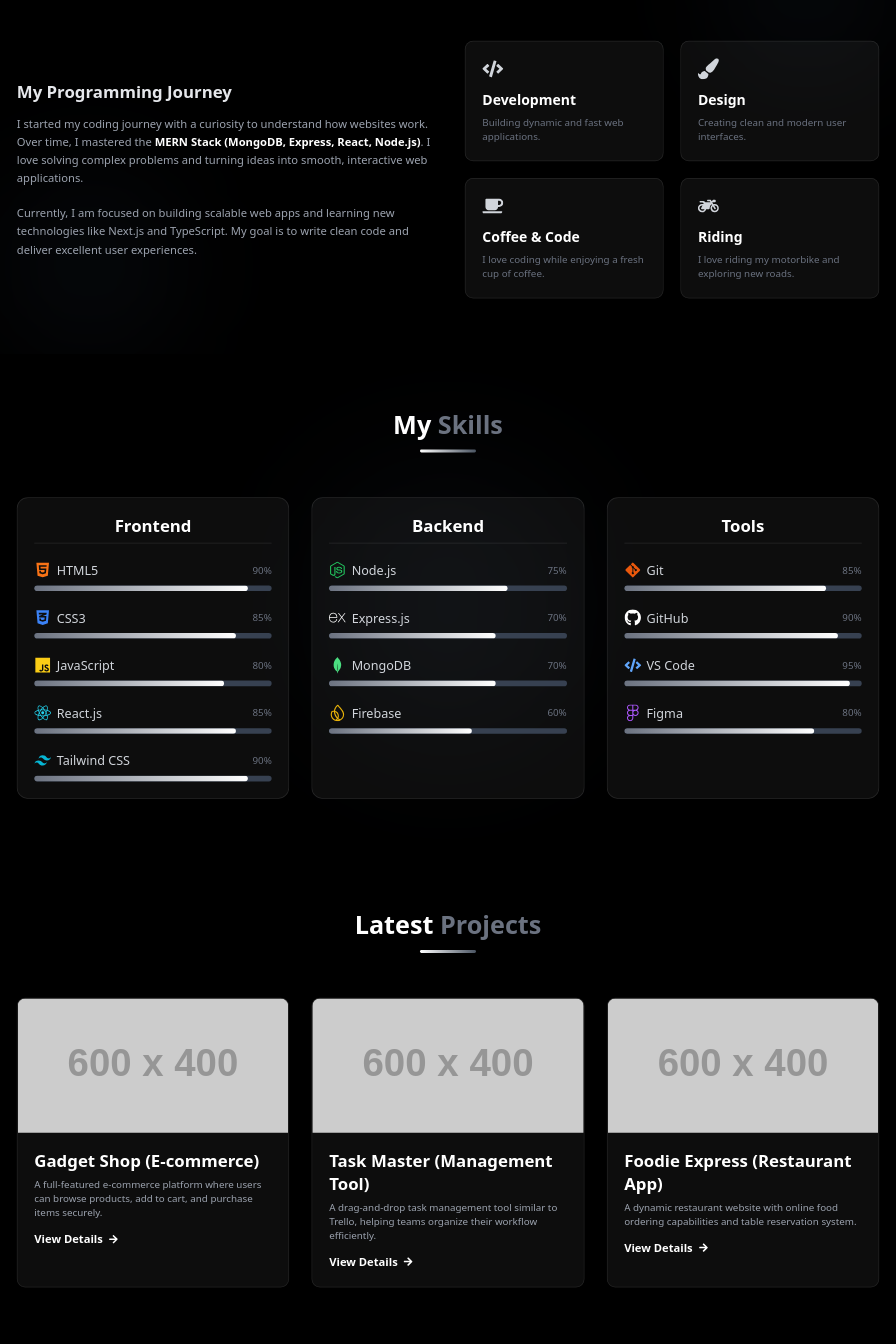
Repository: nahid-hasann/portfolio
Page: /
The author's editor kept a copy of each file at every save. The page is drawn from the files as they stood at one save, then again after the next save.
The browser window is 1280 px wide. The pictures show the part of the page from y = 865 to 2785 px (the page is 2785 px tall before and 2753 px after), at 70% of full size.
The project was rebuilt for these pictures with package versions that can differ from the ones it lists, and the page was loaded fresh each time. Also part of the build but not shown: vite.config.js, src/pages/ProjectDetails.jsx.

Above is the page before, as saved 2026-01-05 21:49:50.

### index.html
<!doctype html>
<html data-theme="light" lang="en">
  <head>
    <meta charset="UTF-8" />
    <link rel="icon" type="image/svg+xml" href="/vite.svg" />
    <meta name="viewport" content="width=device-width, initial-scale=1.0" />
    <title>my-portfolio</title>
  </head>
  <body>
    <div id="root"></div>
    <script type="module" src="/src/main.jsx"></script>
  </body>
</html>

### src/main.jsx
import { StrictMode } from 'react'
import { createRoot } from 'react-dom/client'
import './index.css'
import App from './App.jsx'
import {
  createBrowserRouter,
  RouterProvider,
} from "react-router-dom";
import Home from './pages/Home.jsx';
import ProjectDetails from './pages/ProjectDetails.jsx';

const router = createBrowserRouter([
  {
    path: "/",
    element: <App />,
    children: [
      {
        path: "/",
        element: <Home></Home>,
      },
      {
        path: "/about",
        element: <div className="text-center mt-10 text-2xl">ℹ️ This is About Section</div>,
      },
      {
        path: "/projects",
        element: <div className="text-center mt-10 text-2xl">🚀 This is Projects Section</div>,
      },
      {
        path: "/contact",
        element: <div className="text-center mt-10 text-2xl">📞 This is Contact Section</div>,
      },
      {
        path: "/skills",
        element: <div className="text-center mt-10 text-2xl" >this is skill </div>
      },
      {

        path: "/project/:id",
        element: <ProjectDetails />,

      }
    ]
  },
]);

createRoot(document.getElementById('root')).render(
  <StrictMode>
    <RouterProvider router={router} />
  </StrictMode>,
)

### src/index.css
@tailwind base;
@tailwind components;
@tailwind utilities;

html {
    scroll-behavior: smooth;
    background-color: #000000;

    color: #ffffff;
}


::-webkit-scrollbar {
    width: 8px;
}

::-webkit-scrollbar-track {
    background: #1a1a1a;
}

::-webkit-scrollbar-thumb {
    background: #444;
    border-radius: 4px;
}

::-webkit-scrollbar-thumb:hover {
    background: #fff;
}

### src/App.jsx
import React from 'react';
import { Outlet } from 'react-router-dom';
import Navbar from './components/Navbar';
// import Navbar from './components/Navbar';

function App() {
  return (
    <div>

      <Navbar />

      <div className="w-full">
        <Outlet />
      </div>
    </div>
  );
}

export default App;

### src/pages/Home.jsx
import React from 'react';
import Hero from '../components/Hero';
import About from '../components/About';
import Skills from '../components/Skills';
// import ProjectDetails from './ProjectDetails';
import Projects from '../components/Projects';


const Home = () => {
    return (
        <div className="bg-black min-h-screen">

            <Hero />

            <About></About>
            <Skills></Skills>
            <Projects></Projects>
        </div>
    );
};

export default Home;

### src/components/Navbar.jsx
import React, { useState } from 'react';
import { Link, useLocation } from 'react-router-dom';
import { motion, AnimatePresence } from 'framer-motion';
import { FaBars, FaTimes } from 'react-icons/fa';

const Navbar = () => {
    const [isOpen, setIsOpen] = useState(false);
    const location = useLocation();

    // মেনু আইটেমগুলোর লিস্ট
    const navLinks = [
        { name: 'Home', path: '/' },
        { name: 'About', path: '/about' },
        { name: 'Skills', path: '/skills' },
        { name: 'Projects', path: '/projects' },
        { name: 'Contact', path: '/contact' },
    ];

    // এক্টিভ লিংক চেক করার ফাংশন
    const isActive = (path) => location.pathname === path;

    return (
        <nav className="fixed top-0 left-0 right-0 z-50 bg-black/80 backdrop-blur-md border-b border-white/10">
            <div className="container mx-auto px-6 py-4 flex justify-between items-center">

                {/* Logo Area */}
                <motion.div
                    initial={{ opacity: 0, x: -20 }}
                    animate={{ opacity: 1, x: 0 }}
                    transition={{ duration: 0.5 }}
                >
                    <Link to="/" className="text-2xl font-bold tracking-tighter text-white">
                        NAHID<span className="text-gray-400">.DEV</span>
                    </Link>
                </motion.div>

                {/* Desktop Menu */}
                <div className="hidden md:flex space-x-8">
                    {navLinks.map((link, index) => (
                        <motion.div
                            key={index}
                            initial={{ opacity: 0, y: -10 }}
                            animate={{ opacity: 1, y: 0 }}
                            transition={{ delay: 0.1 * index, duration: 0.5 }}
                        >
                            <Link
                                to={link.path}
                                className={`text-sm font-medium transition-colors duration-300 relative group ${isActive(link.path) ? 'text-white' : 'text-gray-400 hover:text-white'
                                    }`}
                            >
                                {link.name}
                                {/* Hover Underline Animation */}
                                <span className={`absolute left-0 bottom-[-5px] w-0 h-[2px] bg-white transition-all duration-300 group-hover:w-full ${isActive(link.path) ? 'w-full' : ''}`}></span>
                            </Link>
                        </motion.div>
                    ))}
                </div>

                {/* Mobile Menu Button */}
                <div className="md:hidden">
                    <button onClick={() => setIsOpen(!isOpen)} className="text-white focus:outline-none text-2xl">
                        {isOpen ? <FaTimes /> : <FaBars />}
                    </button>
                </div>
            </div>

            {/* Mobile Dropdown Menu (AnimatePresence for smooth exit) */}
            <AnimatePresence>
                {isOpen && (
                    <motion.div
                        initial={{ opacity: 0, height: 0 }}
                        animate={{ opacity: 1, height: 'auto' }}
                        exit={{ opacity: 0, height: 0 }}
                        className="md:hidden bg-black border-b border-white/10 overflow-hidden"
                    >
                        <div className="flex flex-col items-center py-6 space-y-4">
                            {navLinks.map((link) => (
                                <Link
                                    key={link.name}
                                    to={link.path}
                                    onClick={() => setIsOpen(false)}
                                    className={`text-lg font-medium ${isActive(link.path) ? 'text-white' : 'text-gray-400'}`}
                                >
                                    {link.name}
                                </Link>
                            ))}
                        </div>
                    </motion.div>
                )}
            </AnimatePresence>
        </nav>
    );
};

export default Navbar;

### src/components/About.jsx
import React from 'react';
import { motion } from 'framer-motion';
// ১. এখানে FaMotorcycle আইকনটি যুক্ত করেছি
import { FaCode, FaPaintBrush, FaCoffee, FaMotorcycle } from "react-icons/fa";

const About = () => {
    return (
        <section id="about" className="py-20 bg-black text-white relative overflow-hidden">
            {/* Background Elements */}
            <div className="absolute top-0 right-0 w-64 h-64 bg-gray-800/20 rounded-full blur-[80px]" />
            <div className="absolute bottom-0 left-0 w-64 h-64 bg-gray-800/20 rounded-full blur-[80px]" />

            <div className="container mx-auto px-6 relative z-10">

                {/* Section Title */}
                <motion.div
                    initial={{ opacity: 0, y: 20 }}
                    whileInView={{ opacity: 1, y: 0 }}
                    transition={{ duration: 0.6 }}
                    className="text-center mb-16"
                >
                    <h2 className="text-4xl font-bold mb-4">About <span className="text-gray-500">Me</span></h2>
                    <div className="w-20 h-1 bg-gradient-to-r from-white to-gray-600 mx-auto rounded-full"></div>
                </motion.div>

                <div className="grid md:grid-cols-2 gap-12 items-center">

                    {/* Left Side: My Journey Text */}
                    <motion.div
                        initial={{ opacity: 0, x: -50 }}
                        whileInView={{ opacity: 1, x: 0 }}
                        transition={{ duration: 0.8 }}
                    >
                        <h3 className="text-2xl font-semibold mb-4 text-gray-200">My Programming Journey</h3>
                        <p className="text-gray-400 leading-relaxed mb-6">
                            I started my coding journey with a curiosity to understand how websites work.
                            Over time, I mastered the <span className="text-white font-bold">MERN Stack (MongoDB, Express, React, Node.js)</span>.
                            I love solving complex problems and turning ideas into smooth, interactive web applications.
                        </p>
                        <p className="text-gray-400 leading-relaxed">
                            Currently, I am focused on building scalable web apps and learning new technologies like Next.js and TypeScript.
                            My goal is to write clean code and deliver excellent user experiences.
                        </p>
                    </motion.div>

                    {/* Right Side: Cards for Interests/Hobbies */}
                    <motion.div
                        initial={{ opacity: 0, x: 50 }}
                        whileInView={{ opacity: 1, x: 0 }}
                        transition={{ duration: 0.8 }}
                        className="grid grid-cols-1 sm:grid-cols-2 gap-6"
                    >
                        {/* Card 1: Web Development */}
                        <div className="p-6 bg-white/5 border border-white/10 rounded-xl hover:bg-white/10 transition duration-300">
                            <FaCode className="text-3xl text-gray-300 mb-4" />
                            <h4 className="text-xl font-bold mb-2">Development</h4>
                            <p className="text-gray-500 text-sm">Building dynamic and fast web applications.</p>
                        </div>

                        {/* Card 2: Design */}
                        <div className="p-6 bg-white/5 border border-white/10 rounded-xl hover:bg-white/10 transition duration-300">
                            <FaPaintBrush className="text-3xl text-gray-300 mb-4" />
                            <h4 className="text-xl font-bold mb-2">Design</h4>
                            <p className="text-gray-500 text-sm">Creating clean and modern user interfaces.</p>
                        </div>

                        {/* Card 3: Coffee & Code (তোমার পছন্দের) */}
                        <div className="p-6 bg-white/5 border border-white/10 rounded-xl hover:bg-white/10 transition duration-300">
                            <FaCoffee className="text-3xl text-gray-300 mb-4" />
                            <h4 className="text-xl font-bold mb-2">Coffee & Code</h4>
                            <p className="text-gray-500 text-sm">I love coding while enjoying a fresh cup of coffee.</p>
                        </div>

                        {/* Card 4: Motorbike Riding (তোমার পছন্দের) */}
                        <div className="p-6 bg-white/5 border border-white/10 rounded-xl hover:bg-white/10 transition duration-300">
                            <FaMotorcycle className="text-3xl text-gray-300 mb-4" />
                            <h4 className="text-xl font-bold mb-2">Riding</h4>
                            <p className="text-gray-500 text-sm">I love riding my motorbike and exploring new roads.</p>
                        </div>

                    </motion.div>
                </div>
            </div>
        </section>
    );
};

export default About;

### src/components/Projects.jsx
import React from 'react';
import { motion } from 'framer-motion';
import { Link } from 'react-router-dom';
import { FaArrowRight } from "react-icons/fa";
// আমাদের তৈরি করা ডাটা ইমপোর্ট করছি
// import { Projects } from '../data/projects';
// import { projects } from '../data/project';
// import { projects } from '../data/project';
// import { projects } from '../data/projects';
import { projects } from '../data/projects';

const Projects = () => {
    return (
        <section id="projects" className="py-20 bg-black text-white">
            <div className="container mx-auto px-6">
                {/* Title */}
                <motion.div
                    initial={{ opacity: 0, y: 20 }}
                    whileInView={{ opacity: 1, y: 0 }}
                    transition={{ duration: 0.6 }}
                    className="text-center mb-16"
                >
                    <h2 className="text-4xl font-bold mb-4">Latest <span className="text-gray-500">Projects</span></h2>
                    <div className="w-20 h-1 bg-gradient-to-r from-white to-gray-600 mx-auto rounded-full"></div>
                </motion.div>

                {/* Projects Grid */}
                <div className="grid md:grid-cols-3 gap-8">
                    {projects.map((project, index) => (
                        <motion.div
                            key={project.id}
                            initial={{ opacity: 0, y: 30 }}
                            whileInView={{ opacity: 1, y: 0 }}
                            transition={{ delay: index * 0.2, duration: 0.8 }}
                            whileHover={{ y: -10 }} // কার্ড হোভার করলে একটু উপরে উঠবে
                            className="group bg-white/5 rounded-xl overflow-hidden border border-white/10 hover:border-white/30 transition-all"
                        >
                            {/* Project Image */}
                            <div className="relative overflow-hidden h-48">
                                <img
                                    src={project.image}
                                    alt={project.title}
                                    className="w-full h-full object-cover transform group-hover:scale-110 transition duration-500"
                                />
                            </div>

                            {/* Content */}
                            <div className="p-6">
                                <h3 className="text-2xl font-bold mb-2 group-hover:text-gray-300 transition">{project.title}</h3>
                                <p className="text-gray-400 text-sm mb-4 line-clamp-3">
                                    {project.description}
                                </p>

                                {/* View Details Button */}
                                <Link
                                    to={`/project/${project.id}`}
                                    className="inline-flex items-center gap-2 text-white font-semibold hover:text-gray-300 transition"
                                >
                                    View Details <FaArrowRight className="text-sm" />
                                </Link>
                            </div>
                        </motion.div>
                    ))}
                </div>
            </div>
        </section>
    );
};

export default Projects;

### src/data/projects.js
export const projects = [
    {
        id: 1,
        title: "Gadget Shop (E-commerce)",
        image: "https://placehold.co/600x400/1a1a1a/ffffff?text=E-Commerce",
        description: "A full-featured e-commerce platform where users can browse products, add to cart, and purchase items securely.",
        technologies: ["React", "Node.js", "Express", "MongoDB", "Tailwind CSS"],
        liveLink: "https://your-live-link.com",
        githubLink: "https://github.com/your-repo",
        challenges: "Managing state for the shopping cart and integrating the payment gateway was challenging. Handling complex database queries for product filtering also required deep logic.",
        futurePlans: "I plan to add an admin dashboard for product management and implement user reviews and ratings system."
    },
    {
        id: 2,
        title: "Task Master (Management Tool)",
        image: "https://placehold.co/600x400/1a1a1a/ffffff?text=Task+App",
        description: "A drag-and-drop task management tool similar to Trello, helping teams organize their workflow efficiently.",
        technologies: ["React", "Firebase", "Tailwind CSS", "Framer Motion"],
        liveLink: "https://your-live-link.com",
        githubLink: "https://github.com/your-repo",
        challenges: "Implementing the drag-and-drop feature smoothly across different devices was the main hurdle. Real-time data syncing with Firebase also needed careful handling.",
        futurePlans: "Adding a dark mode toggle and enabling team collaboration features where multiple users can edit tasks simultaneously."
    },
    {
        id: 3,
        title: "Foodie Express (Restaurant App)",
        image: "https://placehold.co/600x400/1a1a1a/ffffff?text=Restaurant",
        description: "A dynamic restaurant website with online food ordering capabilities and table reservation system.",
        technologies: ["React", "Node.js", "Express", "Stripe API"],
        liveLink: "https://your-live-link.com",
        githubLink: "https://github.com/your-repo",
        challenges: "Ensuring the website is fully responsive and optimizing image loading speeds for better performance was a key challenge.",
        futurePlans: "Integrating an AI-based chatbot for customer support and adding a loyalty reward program for regular customers."
    }
];

Loaded but not shown: tailwind.config.js (13 lines, source omitted); src/components/Skills.jsx (102 lines, source omitted); src/components/Hero.jsx (114 lines, source omitted)

After the next save:
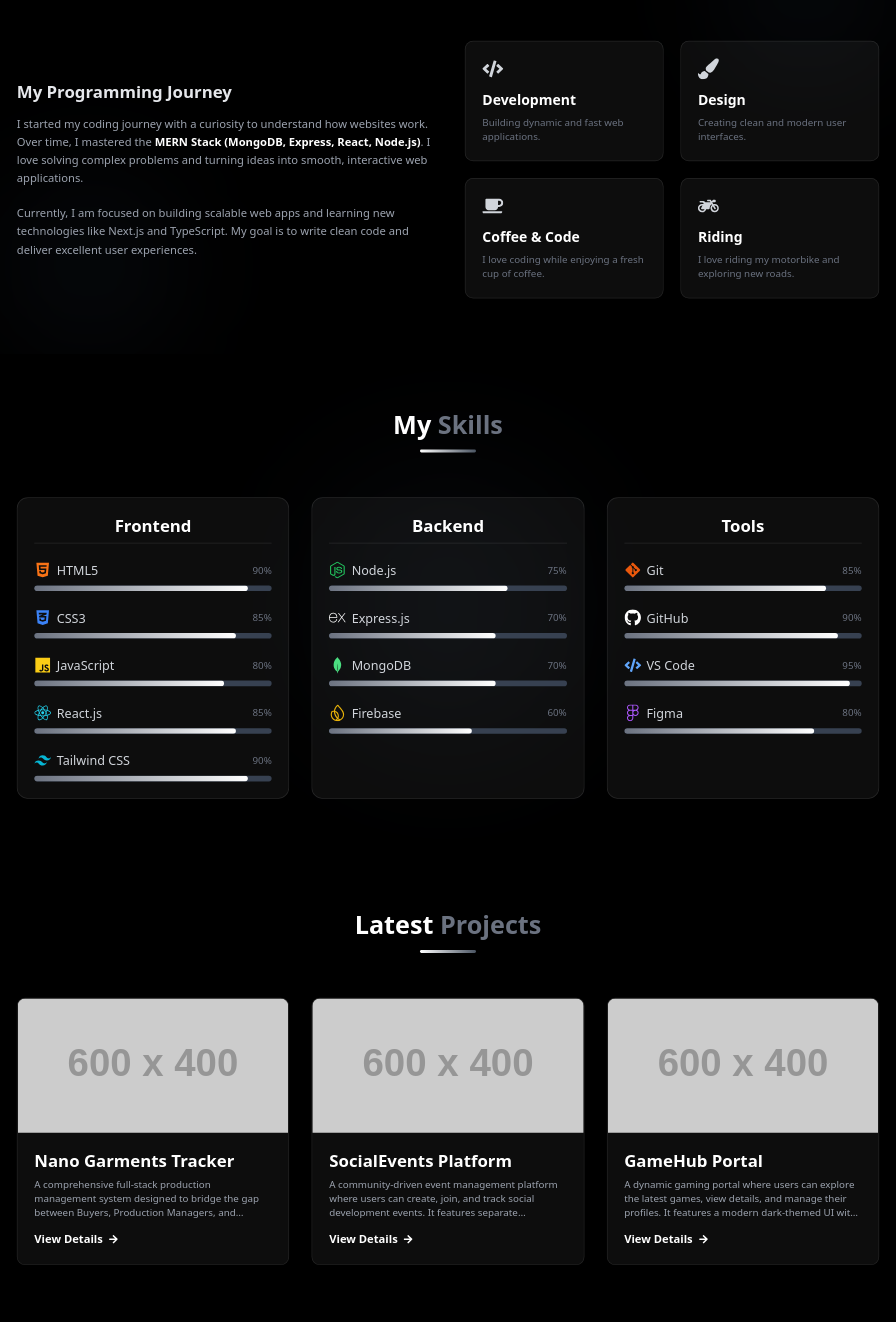
Saved 6 min 7 s later.
--- a/src/data/projects.js
+++ b/src/data/projects.js
@@ -1,35 +1,36 @@
 export const projects = [
     {
         id: 1,
-        title: "Gadget Shop (E-commerce)",
-        image: "https://placehold.co/600x400/1a1a1a/ffffff?text=E-Commerce",
-        description: "A full-featured e-commerce platform where users can browse products, add to cart, and purchase items securely.",
-        technologies: ["React", "Node.js", "Express", "MongoDB", "Tailwind CSS"],
-        liveLink: "https://your-live-link.com",
-        githubLink: "https://github.com/your-repo",
-        challenges: "Managing state for the shopping cart and integrating the payment gateway was challenging. Handling complex database queries for product filtering also required deep logic.",
-        futurePlans: "I plan to add an admin dashboard for product management and implement user reviews and ratings system."
+        title: "Nano Garments Tracker",
+        // তোমার প্রজেক্টের স্ক্রিনশট থাকলে এখানে লিংক দিও, এখন প্লেসহোল্ডার রাখলাম
+        image: "https://placehold.co/600x400/1a1a1a/ffffff?text=Garments+Tracker",
+        description: "A comprehensive full-stack production management system designed to bridge the gap between Buyers, Production Managers, and Admins. It streamlines the garment manufacturing process from order placement to shipment tracking with secure Role-Based Access Control (RBAC).",
+        technologies: ["React", "Node.js", "Express", "MongoDB", "Stripe", "JWT", "TanStack Query"],
+        liveLink: "https://your-garments-live-link.com", // এখানে লাইভ লিংক বসাবে
+        githubLink: "https://github.com/your-client-repo", // এখানে গিটহাব লিংক বসাবে
+        challenges: "Implementing secure Role-Based Access Control (RBAC) was complex. Ensuring that Managers cannot access Admin routes and handling JWT token verification with Axios Interceptors for secure API calls required deep logic.",
+        futurePlans: "I plan to add a real-time chat system between Buyers and Managers and implement an AI-based inventory prediction system."
     },
     {
         id: 2,
-        title: "Task Master (Management Tool)",
-        image: "https://placehold.co/600x400/1a1a1a/ffffff?text=Task+App",
-        description: "A drag-and-drop task management tool similar to Trello, helping teams organize their workflow efficiently.",
-        technologies: ["React", "Firebase", "Tailwind CSS", "Framer Motion"],
-        liveLink: "https://your-live-link.com",
-        githubLink: "https://github.com/your-repo",
-        challenges: "Implementing the drag-and-drop feature smoothly across different devices was the main hurdle. Real-time data syncing with Firebase also needed careful handling.",
-        futurePlans: "Adding a dark mode toggle and enabling team collaboration features where multiple users can edit tasks simultaneously."
+        title: "SocialEvents Platform",
+        image: "https://placehold.co/600x400/1a1a1a/ffffff?text=Social+Events",
+        description: "A community-driven event management platform where users can create, join, and track social development events. It features separate dashboards for Users and Admins, allowing efficient management of community activities.",
+        technologies: ["React", "Tailwind CSS", "DaisyUI", "Node.js", "MongoDB", "Firebase Auth"],
+        liveLink: "https://social-events-e4686.web.app",
+        githubLink: "https://github.com/nahid-hasann/social-events",
+        challenges: "Managing state for event participation (Join/Leave) and ensuring real-time updates on the dashboard was challenging. Also, implementing a secure 'Demo Login' system for testing purposes required careful handling.",
+        futurePlans: "Integrating Google Maps to show event locations visually and adding an email notification system for event reminders."
     },
     {
         id: 3,
-        title: "Foodie Express (Restaurant App)",
-        image: "https://placehold.co/600x400/1a1a1a/ffffff?text=Restaurant",
-        description: "A dynamic restaurant website with online food ordering capabilities and table reservation system.",
-        technologies: ["React", "Node.js", "Express", "Stripe API"],
-        liveLink: "https://your-live-link.com",
-        githubLink: "https://github.com/your-repo",
-        challenges: "Ensuring the website is fully responsive and optimizing image loading speeds for better performance was a key challenge.",
-        futurePlans: "Integrating an AI-based chatbot for customer support and adding a loyalty reward program for regular customers."
+        title: "GameHub Portal",
+        image: "https://placehold.co/600x400/1a1a1a/ffffff?text=GameHub",
+        description: "A dynamic gaming portal where users can explore the latest games, view details, and manage their profiles. It features a modern dark-themed UI with smooth animations and secure authentication.",
+        technologies: ["React", "Vite", "Tailwind CSS", "Firebase Auth", "Framer Motion"],
+        liveLink: "https://your-gamehub-live-link.com", // এখানে লাইভ লিংক বসাবে
+        githubLink: "https://github.com/programming-hero-web-course2/b12-a9-firesheild-nahid-hasann",
+        challenges: "Implementing the 'Forgot Password' workflow via Firebase and ensuring protected routes redirected unauthenticated users smoothly were key challenges. Also, optimizing Framer Motion animations for mobile devices took some fine-tuning.",
+        futurePlans: "Connecting with a real Gaming API (like RAWG) to fetch live game data and adding a user review and rating system."
     }
 ];
